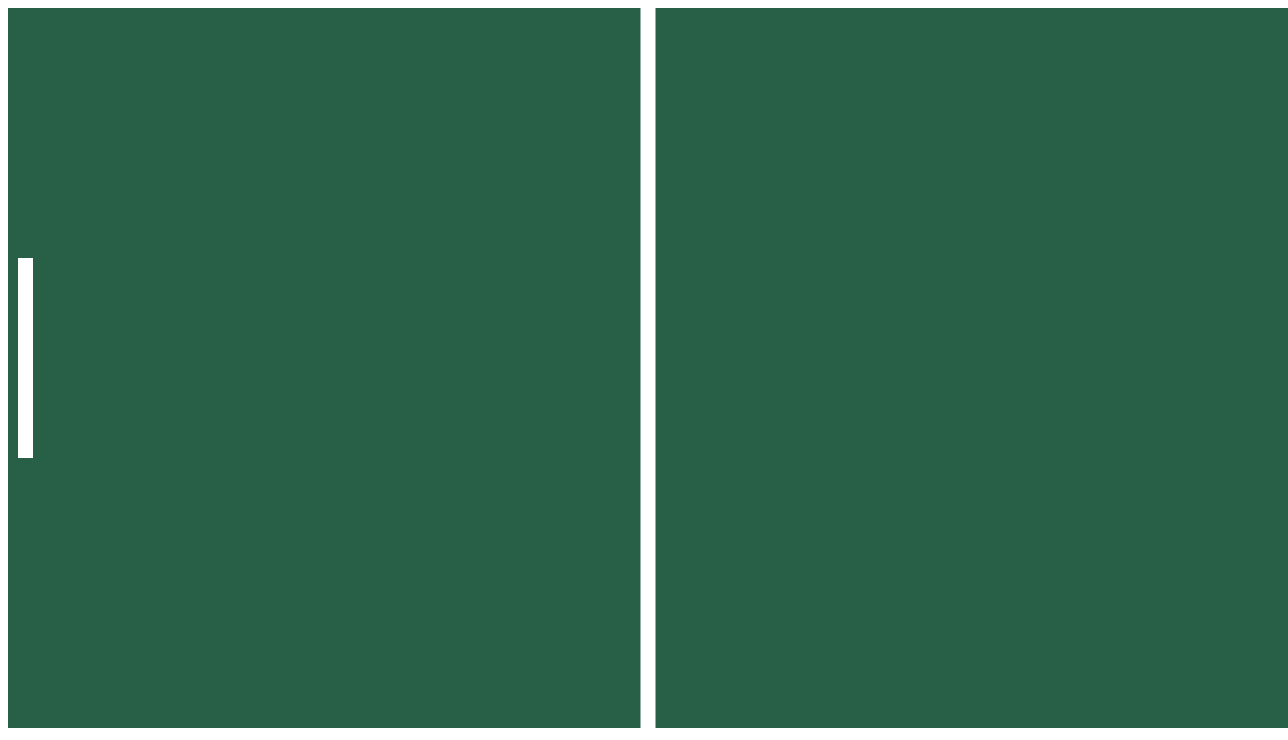
Repository: luizgaivaa/Game
Page: index.html
These files come from the project's save history. The page is drawn as it stood at one moment and after the next save; the edit follows.
The browser window is 1280 px wide. The page is 1288 px wide, so the pictures cover 1288 px, including what lies to the right of the window. The pictures show the whole page.

Above is the page before, as saved 2024-03-26 15:52:29.

After the next save:
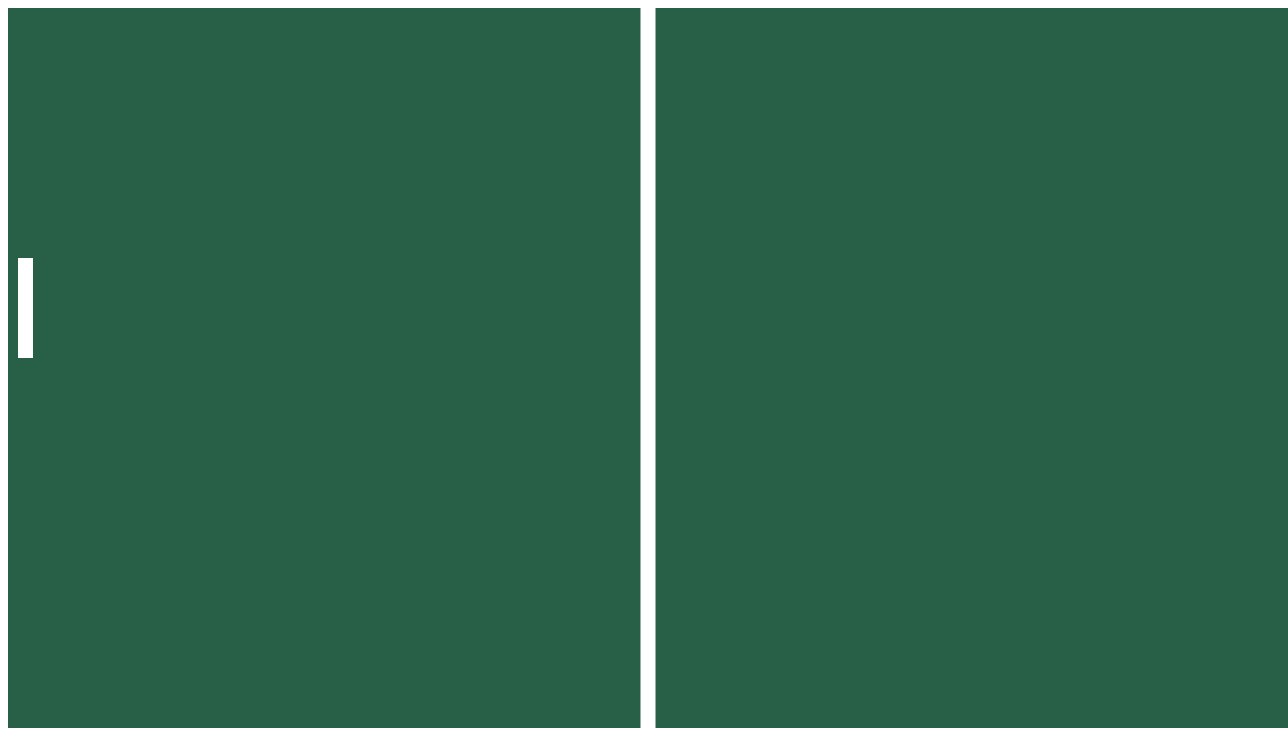
Saved 2 min 3 s later.
--- a/index.html
+++ b/index.html
@@ -28,7 +28,7 @@
             const h = window.innerHeight
 
             canvasCtx.fillRect(x,y,w,h)
-            canvasCtx.fillRect(10,250,lineWidth,200)
+            canvasCtx.fillRect(10,250,lineWidth,100)
         }
         setup()
         draw()
